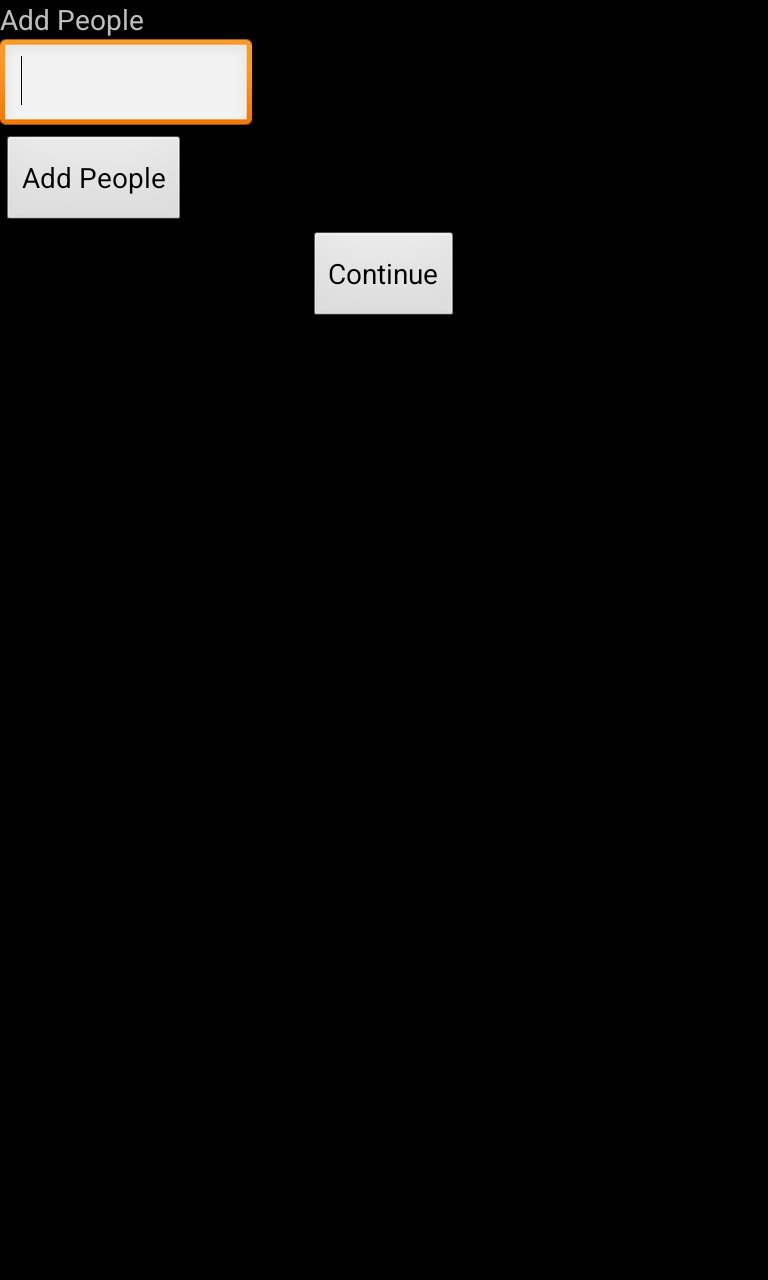
Repository: iyeranan/Expenses
Layout: Expenses/res/layout/main.xml
The author's editor kept a copy of each file at every save. The layout is drawn from the files as they stood at one save, then again after the next save.
It is drawn on a 768 x 1280 px phone screen (xhdpi) without system bars, with theme android:Theme; the app's code is not run.

Above is the layout before, as saved 2012-01-15 01:53:43.

After the next save:
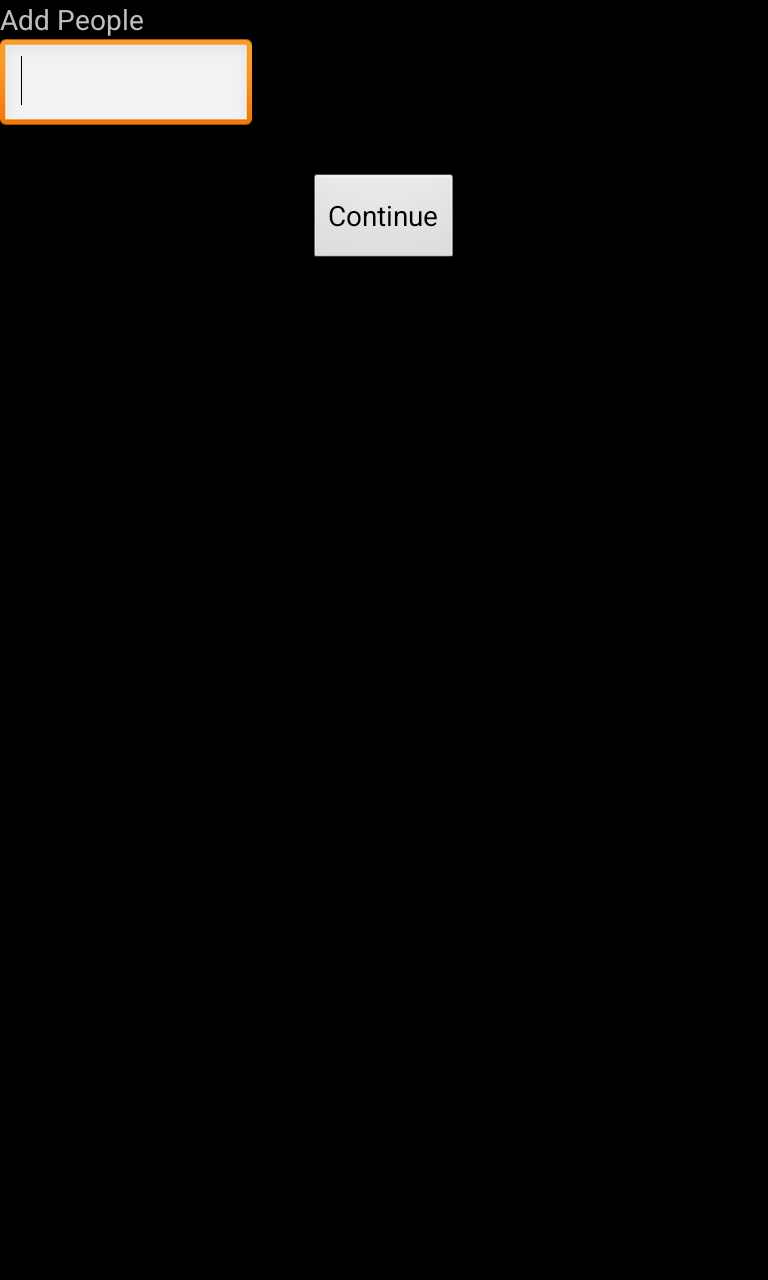
Saved 15 s later.
--- a/Expenses/res/layout/main.xml
+++ b/Expenses/res/layout/main.xml
@@ -11,7 +11,7 @@
     <requestFocus></requestFocus>
 </EditText>
 <!-- <ImageButton android:src="@drawable/add_person" android:id="@+id/btnAddPeople" android:layout_height="wrap_content" android:layout_width="wrap_content"></ImageButton> -->
-<Button android:layout_width="wrap_content" android:layout_height="wrap_content" android:text="Add People" android:id="@+id/btnAddPeople"></Button>
+<Button android:layout_width="wrap_content" android:layout_height="wrap_content" android:background="Add People" android:id="@+id/btnAddPeople"></Button>
 <TableLayout android:layout_width="fill_parent" android:layout_height="wrap_content" android:id="@+id/tblPersons">
 </TableLayout>
 <Button android:layout_height="wrap_content" android:layout_width="wrap_content" android:layout_gravity="center_vertical|center_horizontal" android:text="Continue" android:id="@+id/btnContinue"></Button>
